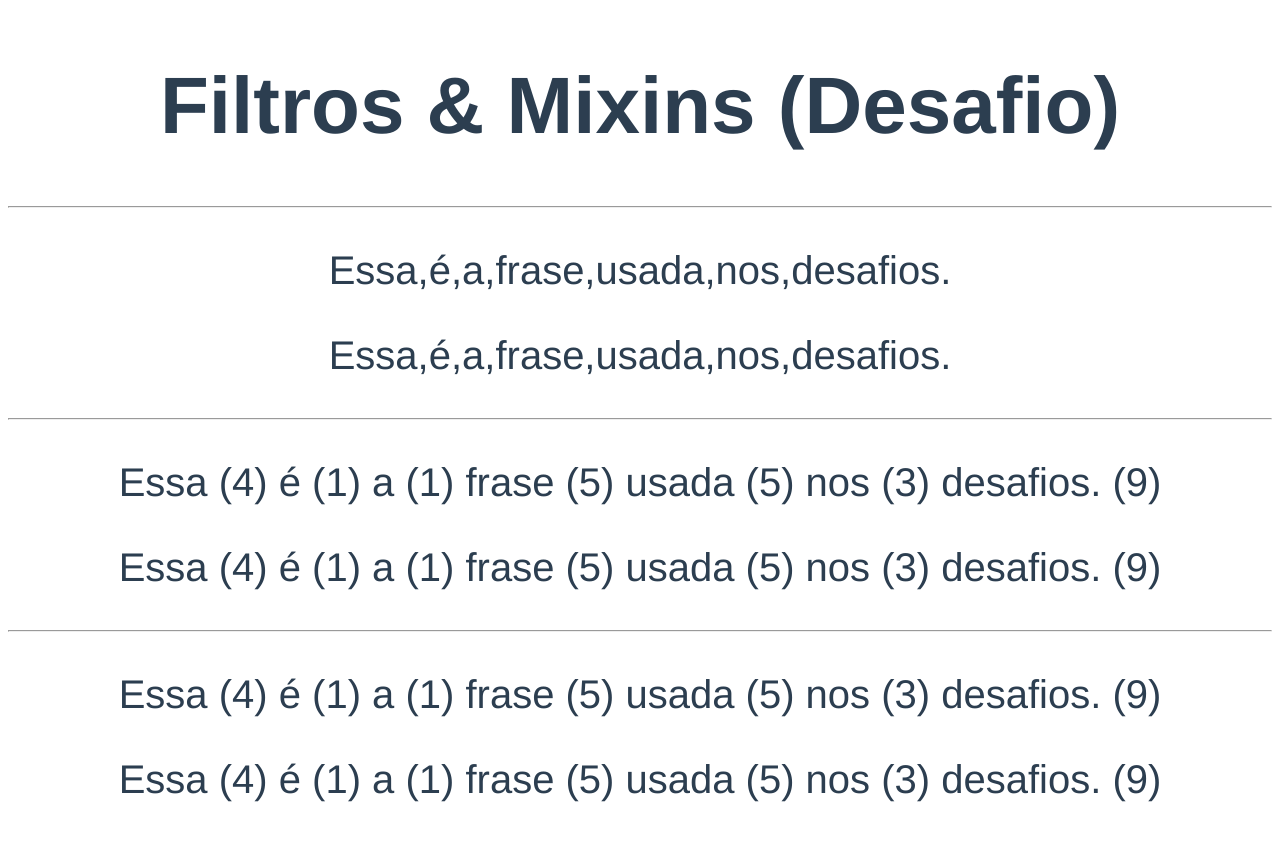
Repository: LucianoBitt/Curso_VueJS
Page: / (app in 11_filtros-mixins/filtros-mixins-desafio/)
The author's editor kept a copy of each file at every save. The page is drawn from the files as they stood at one save, then again after the next save.
The browser window is 1280 px wide. The pictures show the whole page.
The project was rebuilt for these pictures with package versions that can differ from the ones it lists, and the page was loaded fresh each time.

Above is the page before, as saved 2023-12-21 12:41:58.

After the next save:
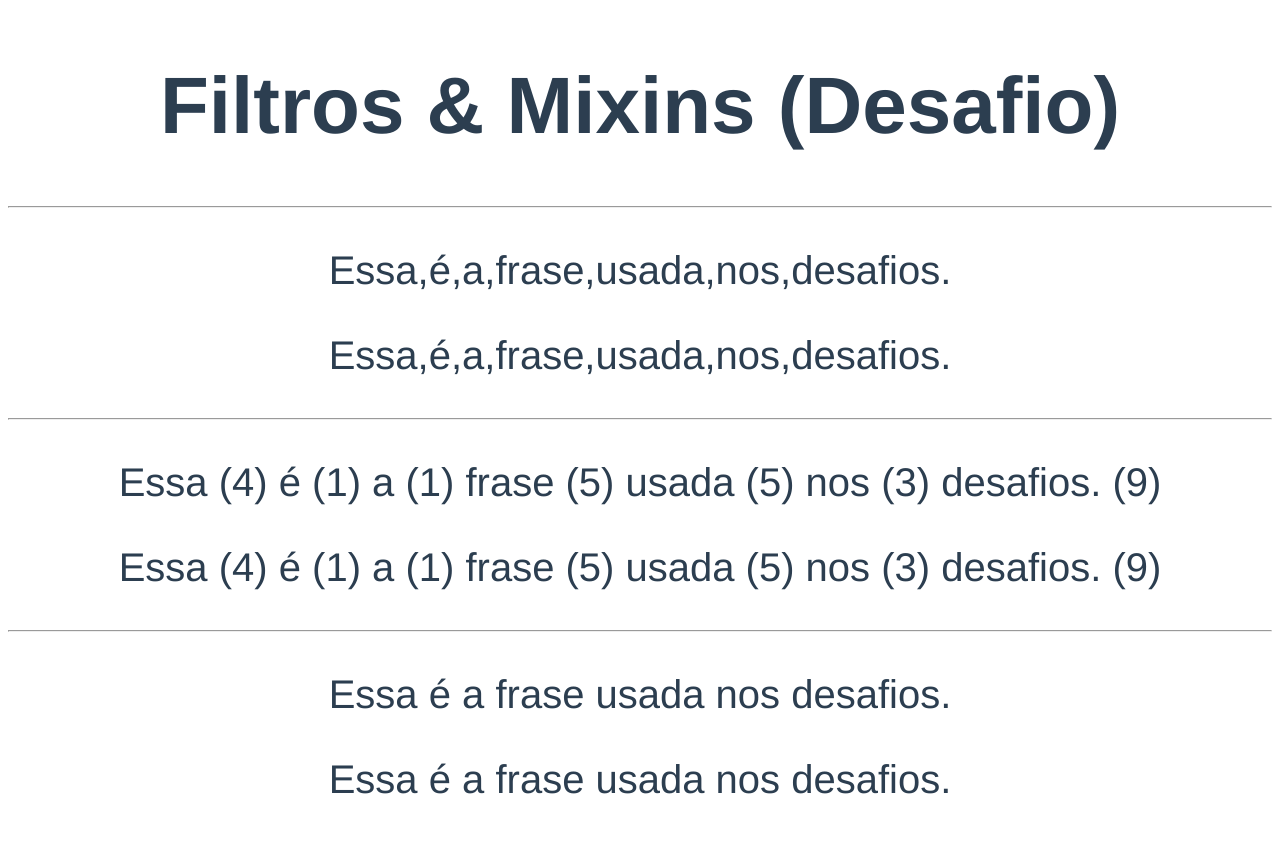
Saved 28 s later.
--- a/11_filtros-mixins/filtros-mixins-desafio/src/App.vue
+++ b/11_filtros-mixins/filtros-mixins-desafio/src/App.vue
@@ -11,8 +11,8 @@
 		<!-- Exercício 3 -->
 		<!-- Implementar os exercicios 1 e 2 com propriedade computada -->
 		<hr>
-		<p>{{ frase | contar-palavras }}</p>
-		<p>{{ frase | contarPalavras }}</p>
+		<p>{{ frase | frase-comVirgula }}</p>
+		<p>{{ frase | fraseComVirgula }}</p>
 
 		<!-- Exercício 4 -->
 		<!-- Compartilhe a propriedade computada via mixin -->
